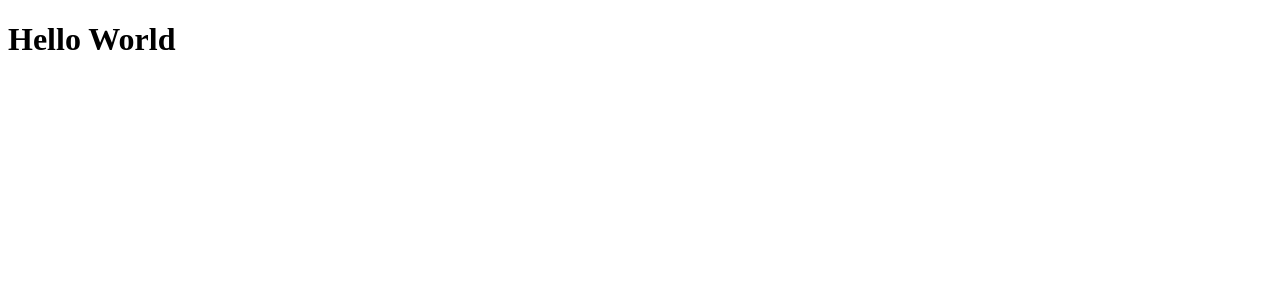
Repository: viniciusfg05/vlmoney
Page: /
An editor plug-in stored every save of this project. The page is shown before and after the next save, followed by the edit.
The browser window is 1280 px wide. The pictures show the whole page.
The project was rebuilt for these pictures with package versions that can differ from the ones it lists, and the page was loaded fresh each time.

Above is the page before, as saved 2022-02-21 11:53:01.

After the next save:
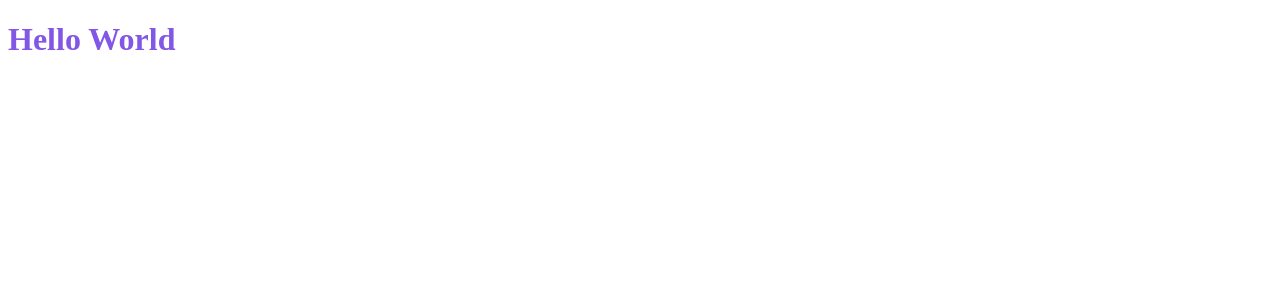
Saved 18 s later.
--- a/src/App.tsx
+++ b/src/App.tsx
@@ -8,7 +8,7 @@
 export function App() {
   return (
     <div className="App">
-     <h1>Hello World</h1>
+     <Title>Hello World</Title>
     </div>
   );
 }
